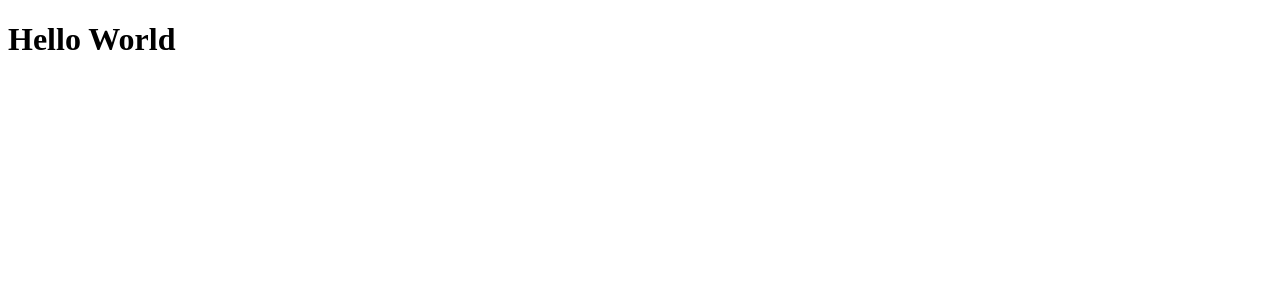
Repository: vovanbl411/mini-web-site
Page: index.html
The author's editor kept a copy of each file at every save. The page is drawn from the files as they stood at one save, then again after the next save.
The browser window is 1280 px wide. The pictures show the whole page.

Above is the page before, as saved 2023-01-21 00:02:20.

### index.html
<!DOCTYPE html>
<html lang="en">
<head>
    <meta charset="UTF-8">
    <meta name="viewport" content="width=device-width, initial-scale=1.0">
    <title>My page</title>
</head>
<body>
    <h1>Hello World</h1>
</body>
</html>

After the next save:
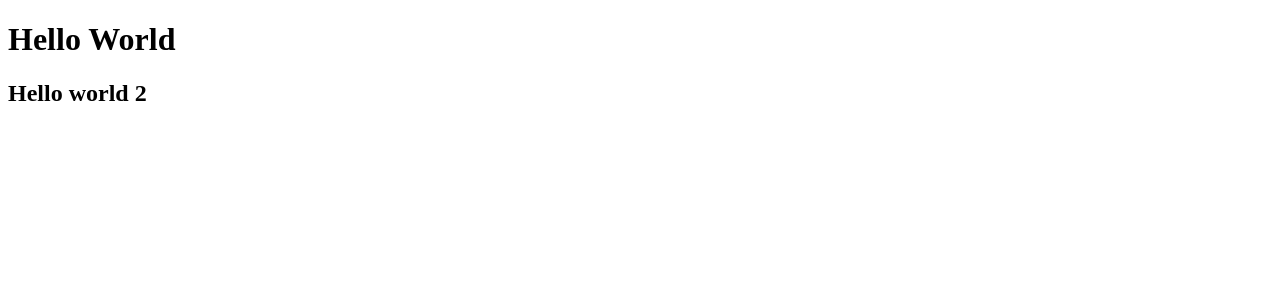
Saved 32 s later.
--- a/index.html
+++ b/index.html
@@ -7,5 +7,6 @@
 </head>
 <body>
     <h1>Hello World</h1>
+    <h2>Hello world 2</h2>
 </body>
 </html>
